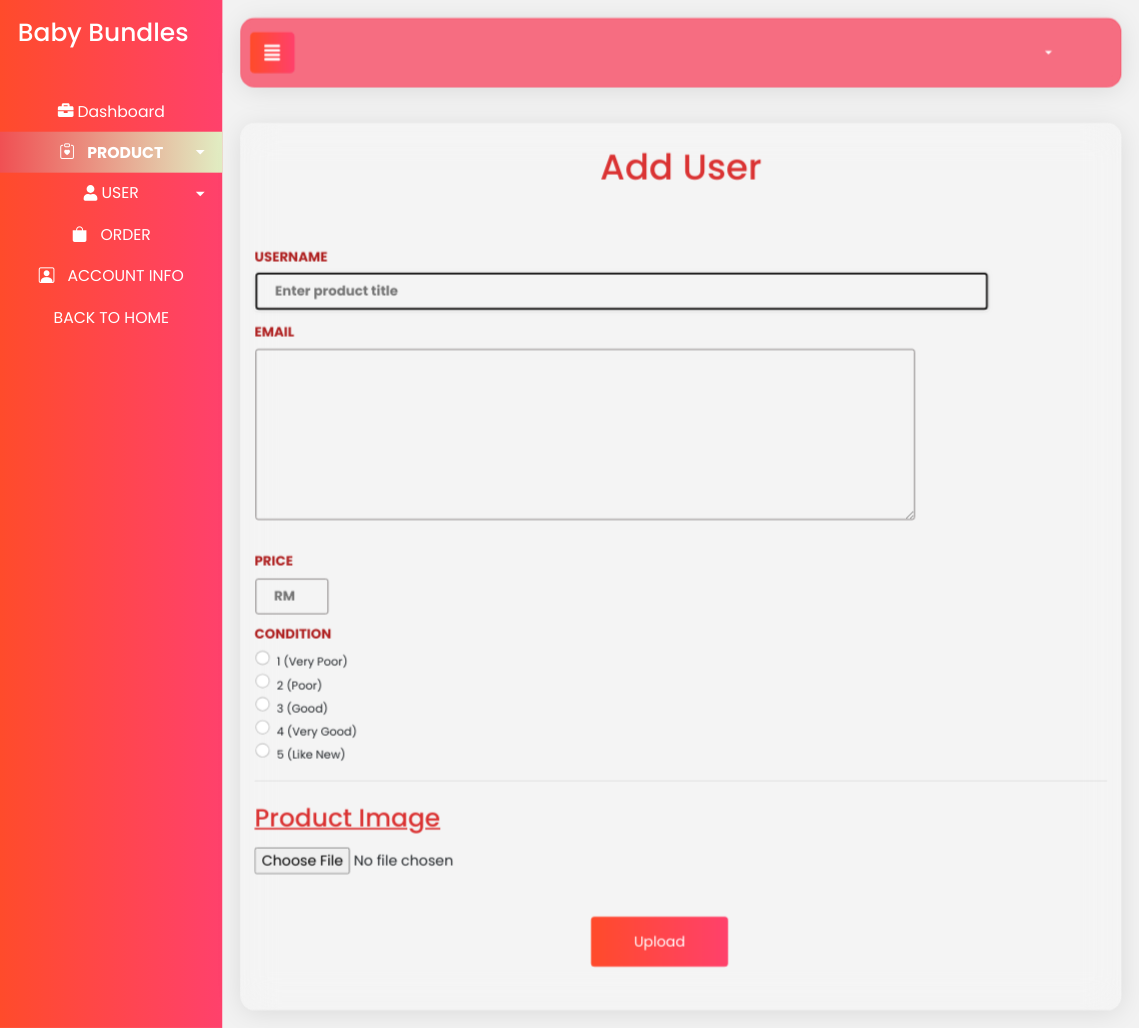
Repository: jiahow99/Baby-Bundles-University
Page: http://localhost/admin-edituser.php
The author's editor kept a copy of each file at every save. The page is drawn from the files as they stood at one save, then again after the next save.
The browser window is 1280 px wide. The pictures show the whole page, at 89% of full size.
Some web libraries are served in a nearby version. The page is run by PHP 8.4 with error messages shown; the project is at /var/www/html/.

Above is the page before, as saved 2022-11-25 00:51:56.

After the next save:
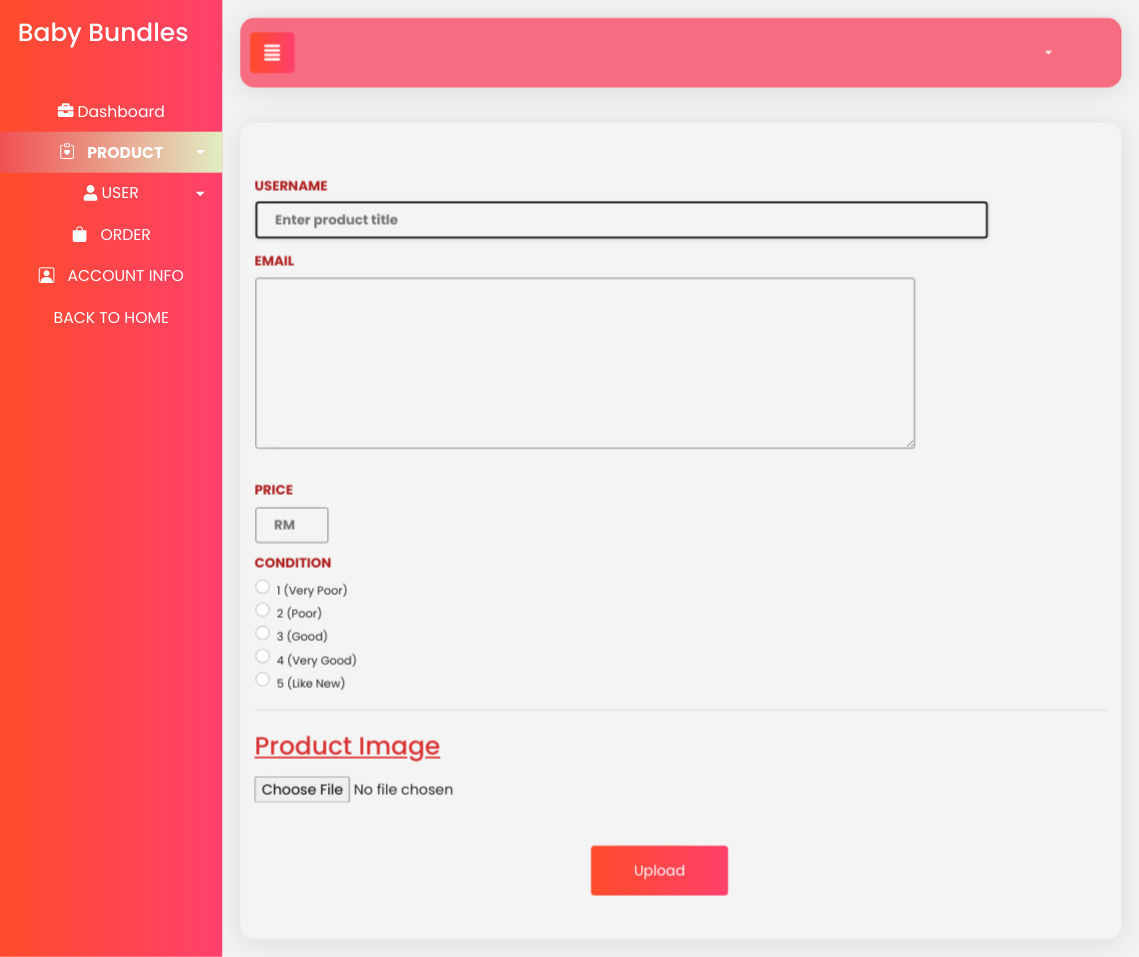
Saved 4 min 10 s later.
--- a/admin-edituser.php
+++ b/admin-edituser.php
@@ -40,9 +40,7 @@
             <?php require 'admin-topnavbar.php' ?>
 
             <form class="container glass" id="edit-product">
-                <div class="row justify-content-center mt-4 mb-3">
-                   <h1 style="color:#da3333">Add User</h1>
-                </div>
+
                 <div class="row mt-5">
                     <label for="" class="name text-uppercase col-12">Username</label>
                     <input class="input--style-6 col-10 ml-3" type="text" name="title" placeholder="Enter product title" required autofocus>
